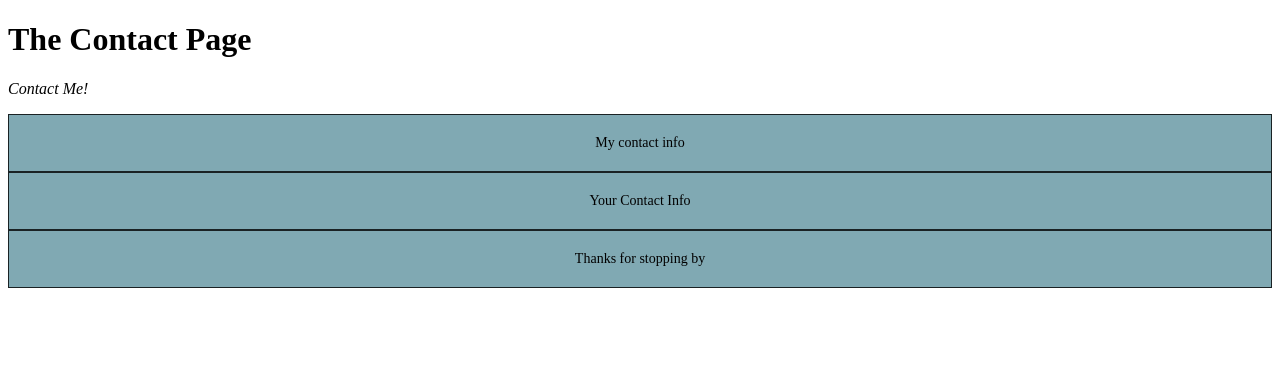
Repository: Melinda-Nanjad-Personal-Website/Personal-web
Page: test.html
These files come from the project's save history. The page is drawn as it stood at one moment and after a run of saves; the edit follows.
The browser window is 1280 px wide. The pictures show the whole page.

Above is the page before, as saved 2023-07-27 21:09:58.

### test.html
<!DOCTYPE html>
<html lang="en">
<head>
    <meta charset="UTF-8">
    <meta name="viewport" content="width=device-width, initial-scale=1.0">
    <link rel="stylesheet" href="cf.css">
    <title>Document</title>
</head>
<body>
    <h1>The Contact Page</h1>

<p><em>Contact Me!</em> </p>

<div class="grid-container">
  <div class="grid-item">My contact info</div>
  <div class="grid-item">Your Contact Info</div>
  <div class="grid-item">Thanks for stopping by</div>

</div>

</body>
</html>

</body>
</html>

### cf.css
.border-primary-400{
    border: 2px solid #a775f1;
}

.container {
    display: grid;
   grid gap: 1.5rem;
    grid-template-columns: auto auto auto;
}

.item-1 {
    grid-row- span4;
    grid-column: 1/5;
    background-color: hotpink;
    padding: 5px
    grid-area: main;
}

.item-2 {
    grid-row: span 3;
    grid column:  2/5;
    grid-area:left
}

.item-3 {
    grid-row: span
    grid column 1/5;
    grid-area :right
}

//test for columns
.grid-container {
  display: grid;
  column-gap: 50px;
  grid-template-columns: 1fr 1fr 1fr;
  padding: 50px;
}

.grid-item{
  background-color: rgba(97, 148, 160, 0.8);
  border: 1px solid rgba(0, 0, 0, 0.8);
  padding: 20px;
  font-size: 14px;
  text-align: center;

After the next 2 saves:
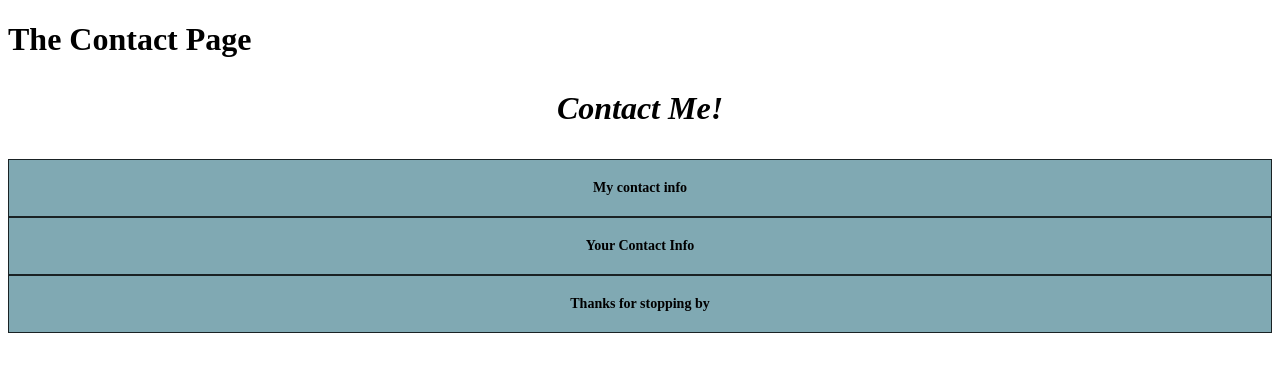
The 2 saves are shown as one change because they came seconds apart.
The last was saved 74 s later.
--- a/test.html
+++ b/test.html
@@ -8,6 +8,7 @@
 </head>
 <body>
     <h1>The Contact Page</h1>
+    <h1 style="text-align: center;">
 
 <p><em>Contact Me!</em> </p>
 
